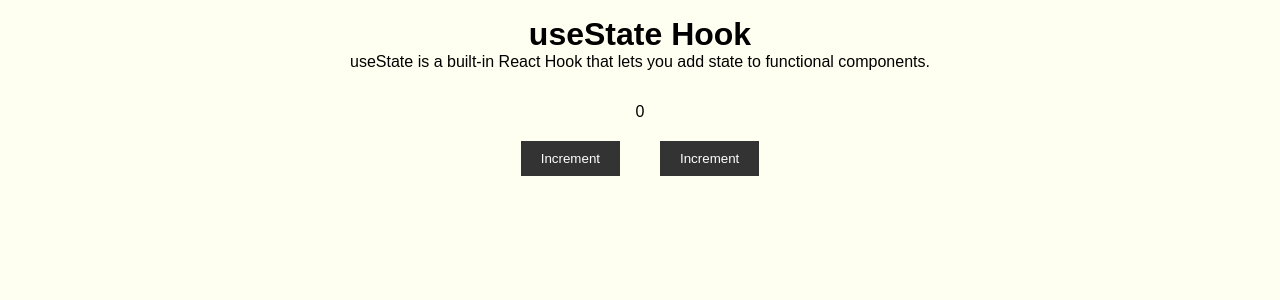
Repository: Muskan1Kumari4draw/React-app-with-concept
Page: /
These files come from the project's save history. The page is drawn as it stood at one moment and after a run of saves; the edit follows.
The browser window is 1280 px wide. The pictures show the whole page.
The project was rebuilt for these pictures with package versions that can differ from the ones it lists, and the page was loaded fresh each time.

Above is the page before, as saved 2024-10-02 11:39:46.

After the next 2 saves:
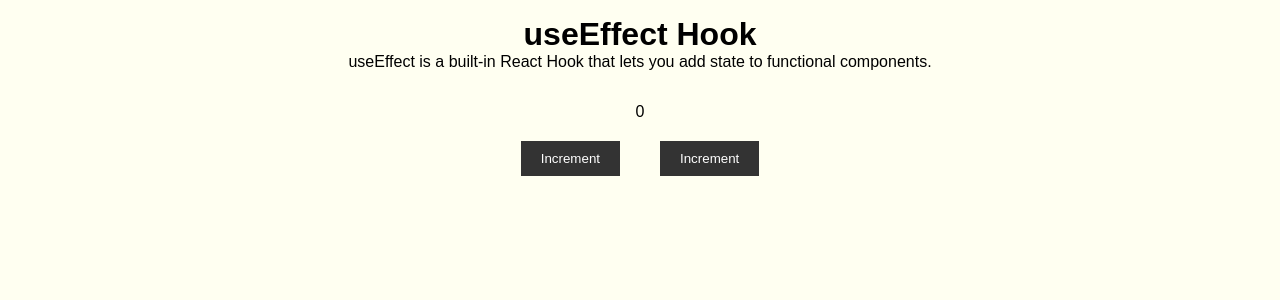
The 2 saves are shown as one change because they came seconds apart.
The last was saved 31 s later.
--- a/src/App.js
+++ b/src/App.js
@@ -2,13 +2,15 @@ import React from "react";
 // import Restaurant from "./component/Basic/Restaurant";
 
 import UseState from "./component/Hooke/useState";
+import UseEffect from "./component/Hooke/UseEffect";
 // import Restaurant from "./component/Basic/Restaurant";
 // import Navbar from "./component/Basic/Navbar";
 const App = () => {
   return (
     <>
       {/* <Restaurant /> */}
-      <UseState className="Use" />
+      {/* <UseState className="Use" /> */}
+      <UseEffect className="Use" />
     </>
   );
 };
